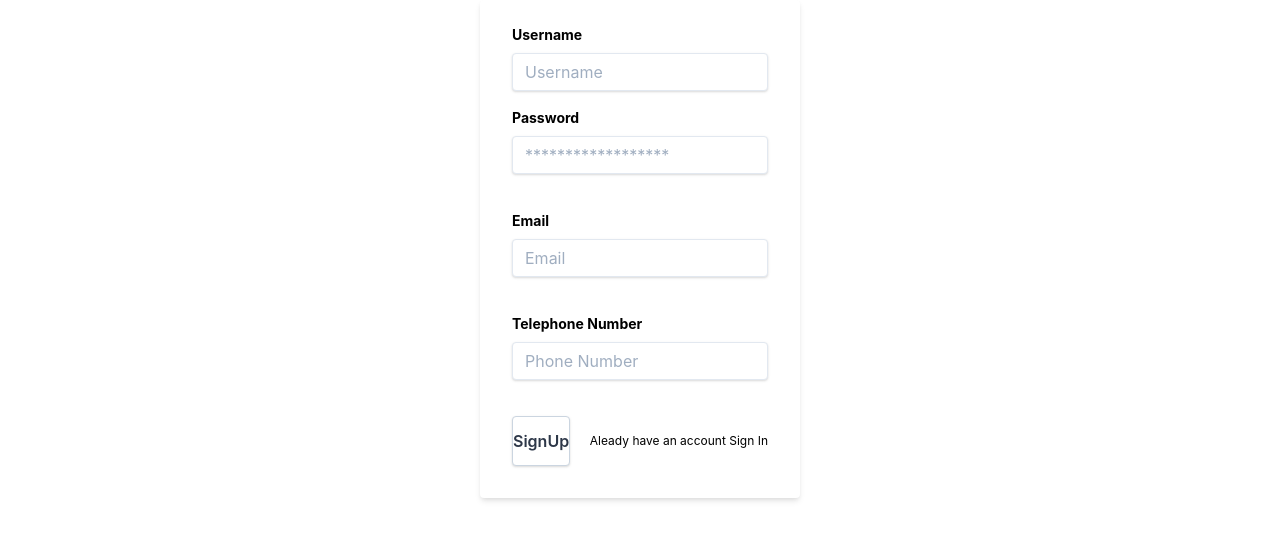
Repository: tzs34/amplifyLogin
Page: /signup
The author's editor kept a copy of each file at every save. The page is drawn from the files as they stood at one save, then again after the next save.
The browser window is 1280 px wide. The pictures show the whole page.
The project was rebuilt for these pictures with package versions that can differ from the ones it lists, and the page was loaded fresh each time. Also part of the build but not shown: src/components/Views/HomePage.js, src/services/AWSService.js, src/components/Form/form-utils.js, src/components/Alerts/Error.js, src/components/Auth/LoginForm.js, src/components/Routes/PrivateRoute.js, src/App.css.

Above is the page before, as saved 2019-12-09 15:59:48.

After the next save:
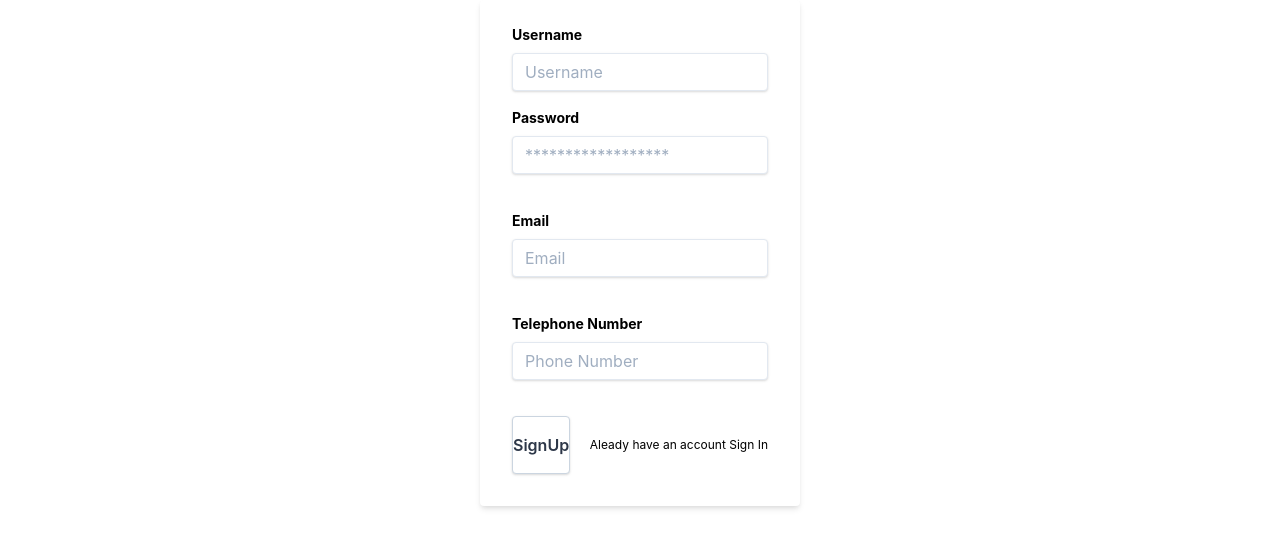
Saved 6 s later.
--- a/src/components/Form/FormButton.js
+++ b/src/components/Form/FormButton.js
@@ -3,7 +3,7 @@ import React from 'react'
 const noop = () => {}
 const FormButton = ({ label, type, onClick = noop }) => (
   <button
-    className="bg-white hover:bg-gray-100 text-gray-800 font-semibold py-3  border border-gray-400 rounded shadow"
+    className="bg-white hover:bg-gray-100 text-gray-800 font-semibold py-4  border border-gray-400 rounded shadow"
     type={type}
     onClick={onClick}
   >
